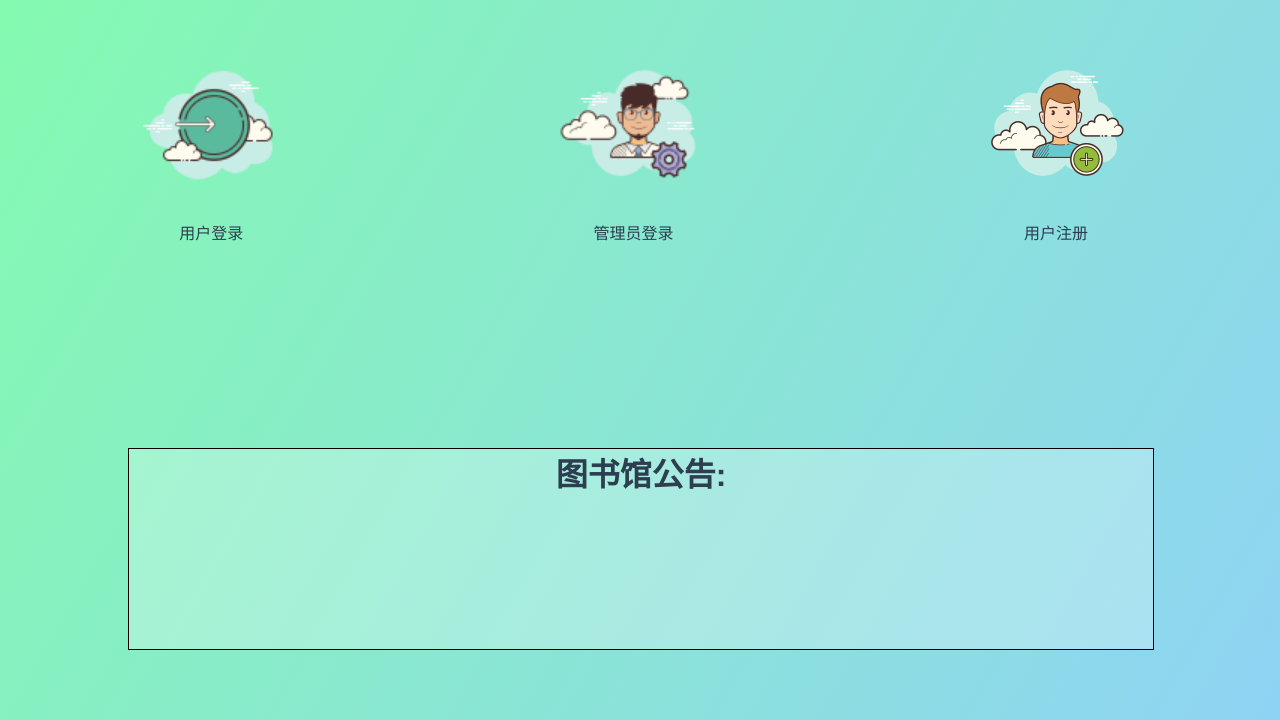
Repository: Akron-xz/helloVue
Page: / (app in vue-library/)
These files come from the project's save history. The page is drawn as it stood at one moment and after the next save; the edit follows.
The browser window is 1280 px wide. The pictures show the whole page.
The page's requests for data from a server got no answer. The project was rebuilt for these pictures with package versions that can differ from the ones it lists, and the page was loaded fresh each time. No one was signed in, and anything a server would have sent is missing.

Above is the page before, as saved 2020-11-24 09:00:59.

### vue-library/src/main.js
import Vue from 'vue'
import App from './App.vue'
import ElementUI from 'element-ui';
import 'element-ui/lib/theme-chalk/index.css';
import axios from "axios"
import router from './router'
import Router from 'vue-router'

const routerPush = Router.prototype.push
Router.prototype.push = function push(location) {
    return routerPush.call(this, location).catch(error => error)
}

Vue.config.productionTip = false
Vue.use(ElementUI);
Vue.prototype.$axios = axios;


new Vue({
    router,
    render: h => h(App)
}).$mount('#app')

### vue-library/src/router/index.js
import Vue from 'vue'
import VueRouter from 'vue-router'
import Home from '../views/Home.vue'


Vue.use(VueRouter)

const routes = [{
        path: '/',
        name: 'Home',
        component: Home
    },
    {
        path: '/about',
        name: 'About',
        // route level code-splitting
        // this generates a separate chunk (about.[hash].js) for this route
        // which is lazy-loaded when the route is visited.
        component: () =>
            import ( /* webpackChunkName: "about" */ '../views/About.vue')
    },
    {
        path: '/admin',
        name: 'Admin',
        // route level code-splitting
        // this generates a separate chunk (about.[hash].js) for this route
        // which is lazy-loaded when the route is visited.
        component: () =>
            import ( /* webpackChunkName: "about" */ '../views/Administrator.vue')
    },
    {
        path: "/userLogin",
        name: "UserLogin",
        component: () =>
            import ('../views/UserLogin.vue')
    },
    {
        path: "/user",
        name: "User",
        component: () =>
            import ( /* webpackChunkName: "about" */ '../views/User.vue')
    },
    {
        path: "/signup",
        name: "SignUp",
        component: () =>
            import ('../views/SignUp.vue')
    },
    {
        path: "/adminmain",
        name: "AdminMain",
        component: () =>
            import ('../views/AdminMain.vue')
    },
    {

        path: "/MyInformation",
        name: "MyInformation",
        component: () =>
            import ('../views/MyInformation.vue')
    },
    {
        path: "/library",
        name: "Library",
        component: () =>
            import ( /* webpackChunkName: "about" */ '../views/Library.vue')

    },
    {
        path: "/modifymsg",
        name: "ModifyMsg",
        component: () =>
            import ('../views/ModifyMsg.vue')
    },
    {
        path: "/borrowhistory",
        name: "BorrowHistory",
        component: () =>
            import ('../views/BorrowHistory.vue')
    },
    {
        path: "/newissue",
        name: "NewIssue",
        component: () =>
            import ('../views/NewIssue.vue')
    },
    {
        path: "/booksearch",
        name: "BookSearch",
        component: () =>
            import ('../views/BookSearch.vue')
    },
    {
        path: "/MyBookshelves",
        name: "MyBookshelves",
        component: () =>
            import ('../views/MyBookshelves.vue')
    },
    {
        path: "/modifyAnnounce",
        name: "ModifyAnnounce",
        component: () =>
            import ('../views/ModifyAnnounce.vue')
    },
    {
        path: "/statistics",
        name: "Statistics",
        component: () =>
            import ('../views/Statistics.vue')
    },


]

const router = new VueRouter({
    routes
})

export default router

### vue-library/src/views/Home.vue
<template>
  <div class="home-container">
    <div class="login box">
      <img src="/img/home/login.png" alt="" class="home-img" @click="toLogin" />
      <p class="logo-name" @click="toLogin">用户登录</p>
    </div>

    <div class="admin box">
      <img src="/img/home/admin.png" alt="" class="home-img" @click="toAdmin" />
      <p class="logo-name" @click="toAdmin">管理员登录</p>
    </div>

    <div class="signup box">
      <img
        src="/img/home/signup.png"
        alt=""
        class="home-img"
        @click="toSignUp"
      />
      <p class="logo-name" @click="toSignUp">用户注册</p>
    </div>

    <div class="announce-box">
      <h1>图书馆公告:</h1>
      <p>{{ announceContent }}</p>
    </div>
    <div class="img">
      <img src="/img/anoncementImg.svg" alt="" class="anoncementImg">
    </div>
  </div>
</template>>


<script>
import axios from "axios";
export default {
  data() {
    return {
      announceTime: "",
      announceContent: "",
      permission: false,
    };
  },
  methods: {
    getAnnounce() {
      axios({
        method: "get",
        url: "http://localhost:8081/announce/list",
      })
        .then((res) => {
          let announceContent = res.data.announceContent;
          this.announceContent = announceContent;
          console.log(announceContent);
        })
        .catch(function (error) {
          //请求失败
          console.log("error...", error);
        });
    },
    // 登录
    toLogin() {
      this.permission = true;
      this.$router.push({ path: "/UserLogin" });
    },
    // 管理员登录
    toAdmin() {
      this.permission = true;
      this.$router.push({ path: "/admin" });
    },
    // 注册账号
    toSignUp() {
      this.permission = true;
      this.$router.push({ path: "/signup" });
    },
  },
  created() {
    this.getAnnounce();
  },

  // 只有点击上面 用户登录 或 管理员登录 或 注册 才能跳转 (导航守卫)
  // beforeRouteLeave (to, from, next) {
  //   if (this.permission) {
  //     next();
  //   }else {
  //     next(false);
  //   }
  // }
};
</script>

<style  scoped>
.home-container {
  position: fixed;
  left: 0;
  top: 0;
  width: 100%;
  height: 100%;
  background-repeat: no-repeat;
  background-size: 100%;
  background-image: linear-gradient(120deg, #84fab0 0%, #8fd3f4 100%);
  text-align: center;
}

.home-img {

  width: 150px;
  height: 150px;
  margin-top: 50px;
  border-radius: 80px;
  cursor: pointer;
  transition: width 1s, height 1s, transform 1s;
}

.home-img:hover {
  width: 180px;
  height: 180px;
}

.logo-name:hover {
  cursor: pointer;
  color: blue;
}

.box {
  list-style-type: none;
  float: left;
  width: 33%;
}

.announce-box {
  position: absolute;
  bottom: 70px;
  left: 10%;
  height: 200px;
  width: 80%;
  background-color: #ffffff40;
  border: 1px solid black;
}

.announce-box h1 {
  margin-top: 0;
}

.img{
  margin-left: 100px;
  height: 100px;
  width: 1000px;
}
.anoncementImg{
  position: absolute;
  margin-left: 300px;
  height: 580px;
  width: 1000px;
}



</style>>

Loaded but not shown: vue-library/public/index.html (common file); vue-library/src/App.vue (common file)

After the next save:
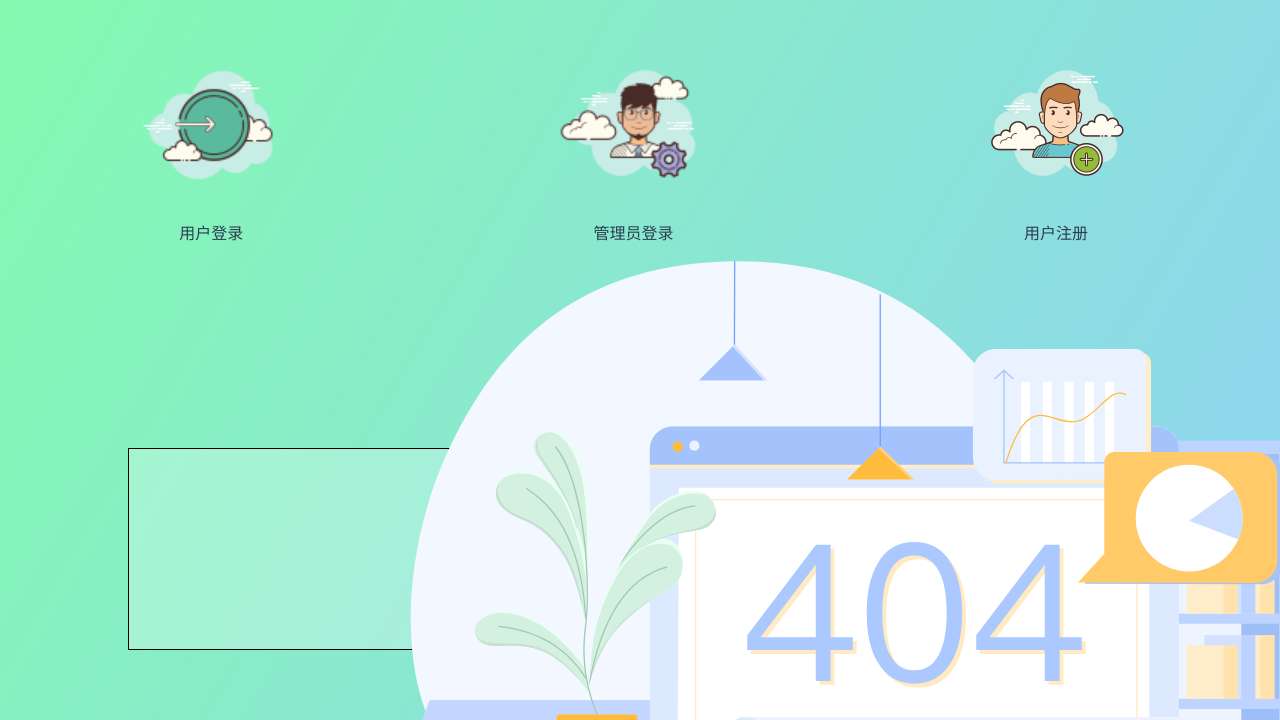
Saved 13 s later.
--- a/vue-library/src/views/Home.vue
+++ b/vue-library/src/views/Home.vue
@@ -147,7 +147,7 @@ export default {
   width: 1000px;
 }
 .anoncementImg{
-  position: absolute;
+  position: relative;
   margin-left: 300px;
   height: 580px;
   width: 1000px;
